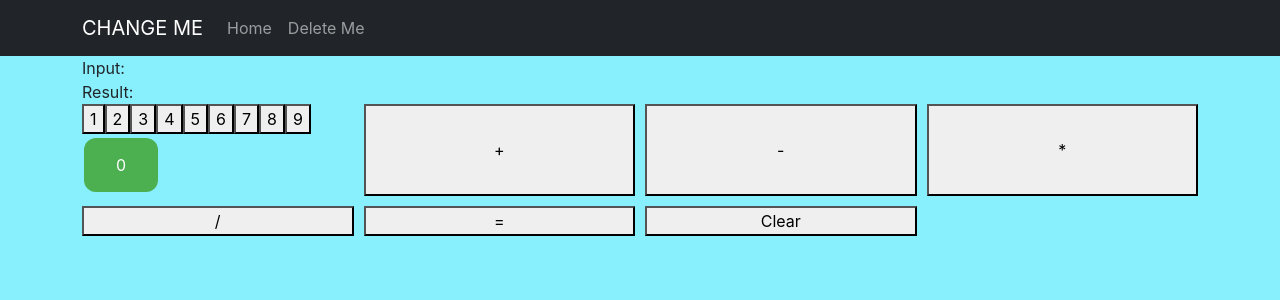
Repository: jgramirez0210/calculator-react
Page: /
The author's editor kept a copy of each file at every save. The page is drawn from the files as they stood at one save, then again after the next save.
The browser window is 1280 px wide. The pictures show the whole page.
The project was rebuilt for these pictures with package versions that can differ from the ones it lists, and the page was loaded fresh each time. The framework's server and built-in components were replaced by stand-ins that run in the browser. Also part of the build but not shown: next.config.js.

Above is the page before, as saved 2024-01-09 20:21:14.

### pages/_app.js
/* eslint-disable react/prop-types */
import 'bootstrap/dist/css/bootstrap.min.css';
import NoAuth from '../components/NoAuth'; // TODO: COMMENT OUT FOR AUTH
import '../styles/globals.css';
// import { AuthProvider } from '../utils/context/authContext'; // TODO: COMMENT IN FOR AUTH
// import ViewDirectorBasedOnUserAuthStatus from '../utils/ViewDirector'; // TODO: COMMENT IN FOR AUTH

function MyApp({ Component, pageProps }) {
  return (
    <>
      <NoAuth
        component={Component}
        pageProps={pageProps}
      />

      {/* TODO: Delete NoAuth component above and comment in code below for authentication */}
      {/* <AuthProvider>
        <ViewDirectorBasedOnUserAuthStatus
          // if status is pending === loading
          // if status is logged in === view app
          // if status is logged out === sign in page
          component={Component}
          pageProps={pageProps}
        />
      </AuthProvider> */}
    </>
  );
}

export default MyApp;

### pages/index.js
import React, { useState } from 'react';
import { evaluate } from 'mathjs';

function Calculator() {
  const [input, setInput] = useState('');
  const [result, setResult] = useState(null);

  const handleDigit = (digit) => {
    setInput((prevInput) => prevInput + digit);
  };
  const handleOperation = (operation) => {
    setInput((prevInput) => prevInput + operation);
  };
  const calculateResult = () => {
    try {
      if (/[\d]$/.test(input)) {
        setResult(evaluate(input));
      } else {
        setResult('Error: Invalid expression');
      }
    } catch (error) {
      setResult('Error: Invalid expression');
    }
  };
  const handleClear = () => {
    setInput('');
    setResult(null);
  };
  return (
    <div>
      <div> Input: {input}</div>
      <div> Result: {result}</div>
      <div className="calculator-grid">
        <div className="calculator-numbers">
          {[1, 2, 3, 4, 5, 6, 7, 8, 9, 0].map((digit) => (
            <button type="button" className={`button-${digit}`} onClick={() => handleDigit(digit)}>{digit}</button>
          ))}
        </div>
        {['+', '-', '*', '/'].map((operation) => (
          <button type="button" onClick={() => handleOperation(operation)}>{operation}</button>
        ))}
        <button type="button" onClick={calculateResult}>=</button>
        <button type="button" onClick={handleClear}>Clear</button>
      </div>
    </div>
  );
}

export default Calculator;

### components/NoAuth.js
/* eslint-disable react/forbid-prop-types */
import React from 'react';
import PropTypes from 'prop-types';
import NoAuthNavBar from './NoAuthNavBar';

function NoAuth({ component: Component, pageProps }) {
  return (
    <>
      <NoAuthNavBar />
      <div className="container">
        <Component {...pageProps} />
      </div>
    </>
  );
}

NoAuth.propTypes = {
  component: PropTypes.func.isRequired,
  pageProps: PropTypes.oneOfType([PropTypes.object]).isRequired,
};

export default NoAuth;

### styles/globals.css
@import 'bootstrap/dist/css/bootstrap.css';

html,
body {
  padding: 0;
  margin: 0;
  font-family: -apple-system, BlinkMacSystemFont, Segoe UI, Roboto, Oxygen,
    Ubuntu, Cantarell, Fira Sans, Droid Sans, Helvetica Neue, sans-serif;
}

a {
  color: inherit;
  text-decoration: none;
}

* {
  box-sizing: border-box;
}

body {
  background-color: #88effd;
}

.calculator-grid {
  display: grid;
  grid-template-columns: repeat(4, 1fr);
  gap: 10px;
}

.button-0 {
  background-color: #4caf50;
  border: none;
  color: white;
  text-align: center;
  display: inline-block;
  font-size: 16px;
  margin: 4px 2px;
  cursor: pointer;
  border-radius: 12px;
  padding: 15px 32px;
}

.button:hover {
  background-color: #45a049;
}

### components/NoAuthNavBar.js
/* eslint-disable jsx-a11y/anchor-is-valid */
import React from 'react';
import Link from 'next/link';
import {
  Navbar, Container, Nav,
} from 'react-bootstrap';

export default function NoAuthNavBar() {
  return (
    <Navbar collapseOnSelect expand="lg" bg="dark" variant="dark">
      <Container>
        <Link passHref href="/">
          <Navbar.Brand>CHANGE ME</Navbar.Brand>
        </Link>
        <Navbar.Toggle aria-controls="responsive-navbar-nav" />
        <Navbar.Collapse id="responsive-navbar-nav">
          <Nav className="me-auto">
            {/* CLOSE NAVBAR ON LINK SELECTION: https://stackoverflow.com/questions/72813635/collapse-on-select-react-bootstrap-navbar-with-nextjs-not-working */}
            <Link passHref href="/">
              <Nav.Link>Home</Nav.Link>
            </Link>
            <Link passHref href="/delete-me">
              <Nav.Link>Delete Me</Nav.Link>
            </Link>
          </Nav>
        </Navbar.Collapse>
      </Container>
    </Navbar>
  );
}

After the next save:
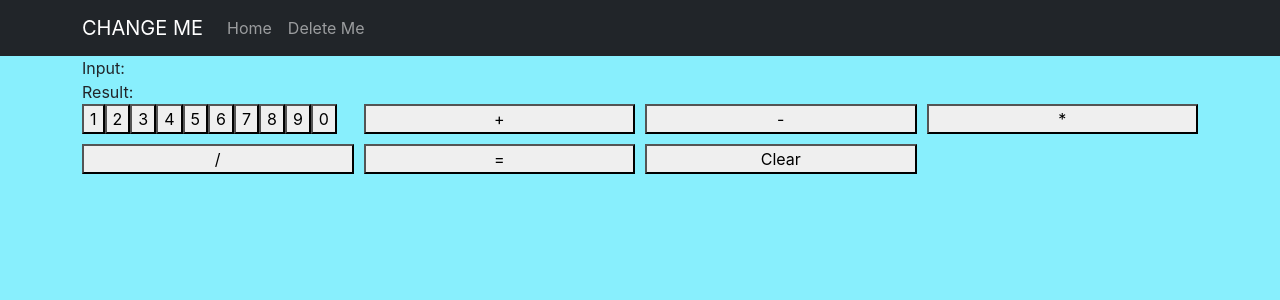
Saved 24 s later.
--- a/styles/globals.css
+++ b/styles/globals.css
@@ -27,7 +27,7 @@ body {
   gap: 10px;
 }
 
-.button-0 {
+/* .button-0 {
   background-color: #4caf50;
   border: none;
   color: white;
@@ -38,7 +38,7 @@ body {
   cursor: pointer;
   border-radius: 12px;
   padding: 15px 32px;
-}
+} */
 
 .button:hover {
   background-color: #45a049;
